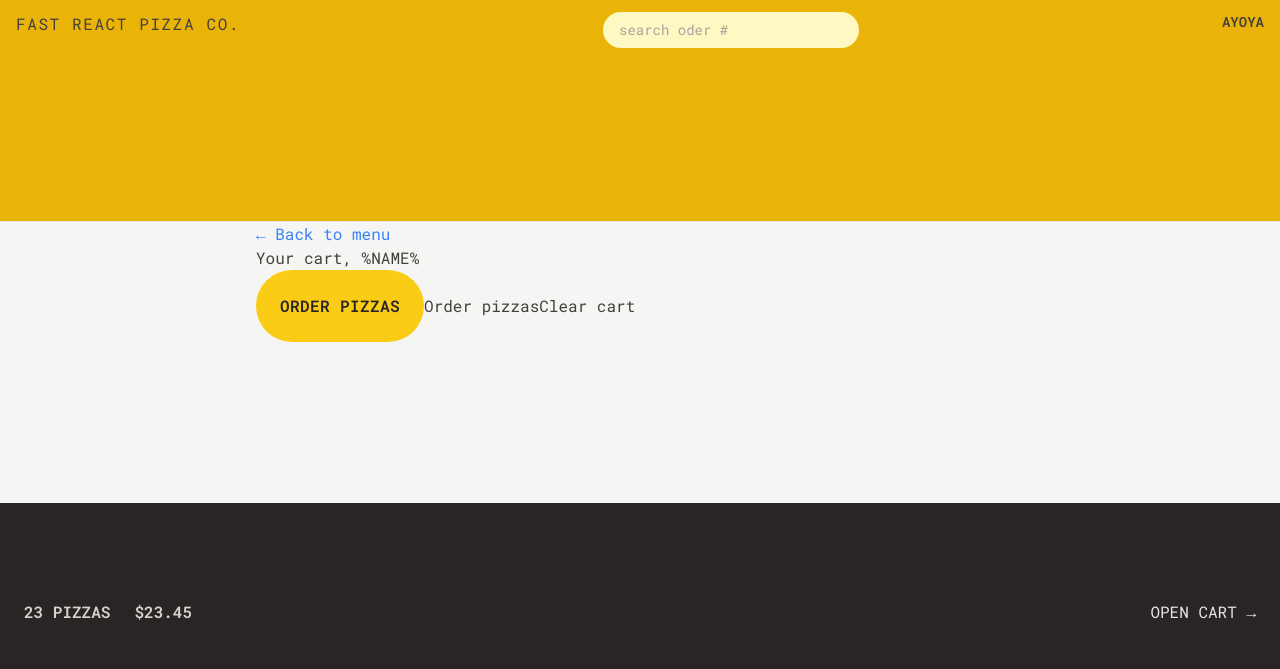
Repository: ayakhaled0001/pizza-delivery
Page: /cart
These files come from the project's save history. The page is drawn as it stood at one moment and after the next save; the edit follows.
The browser window is 1280 px wide. The pictures show the whole page.
The project was rebuilt for these pictures with package versions that can differ from the ones it lists, and the page was loaded fresh each time. Also part of the build but not shown: vite.config.js, src/features/user/CreateUser.jsx, src/ui/Home.jsx, src/services/apiRestaurant.jsx, src/utilities/helpers.jsx, src/features/menu/MenuItem.jsx, src/features/menu/Menu.jsx, src/features/order/Order.jsx and 2 more. Imported but missing from the stored project, and not drawn on this page: src/features/order/CreateOrder.

Above is the page before, as saved 2025-05-01 15:18:00.

After the next save:
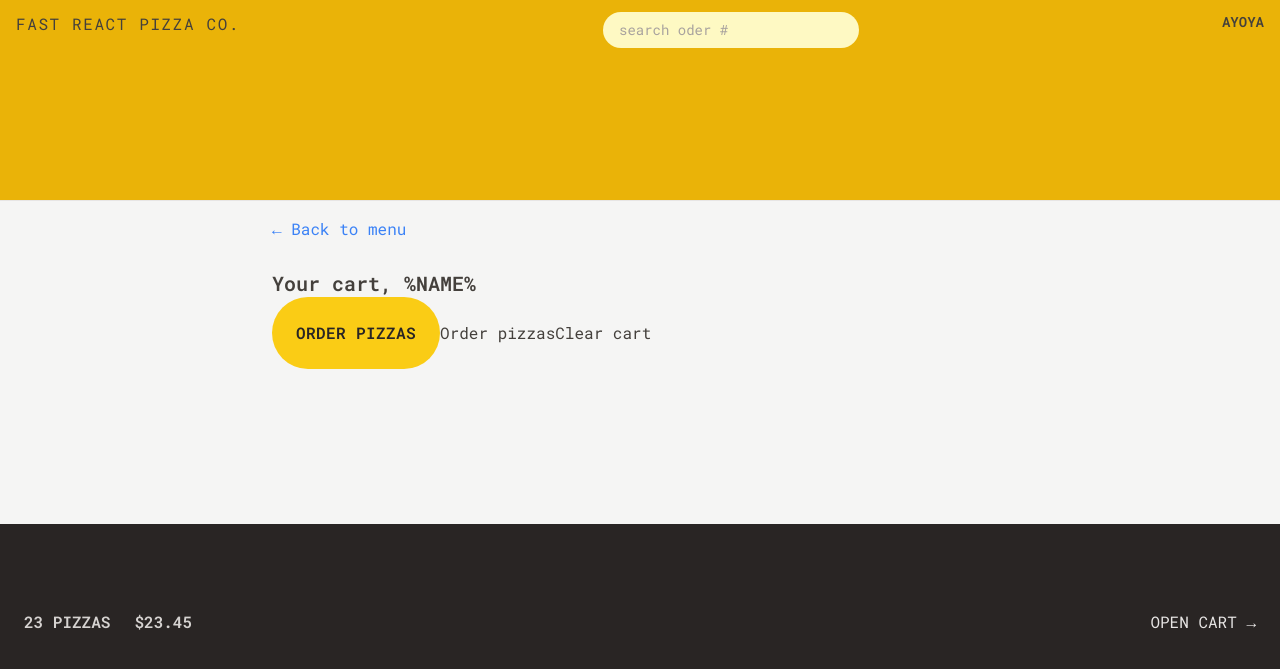
Saved 81 s later.
--- a/src/features/cart/Cart.jsx
+++ b/src/features/cart/Cart.jsx
@@ -30,10 +30,10 @@ function Cart() {
   const cart = fakeCart;
 
   return (
-    <div className="">
+    <div className="px-4 py-4">
       <LinkButton to="/menu">&larr; Back to menu</LinkButton>
 
-      <h2>Your cart, %NAME%</h2>
+      <h2 className="mt-7 text-xl font-semibold">Your cart, %NAME%</h2>
 
       <div>
         <Button to="/order/new">Order pizzas</Button>
